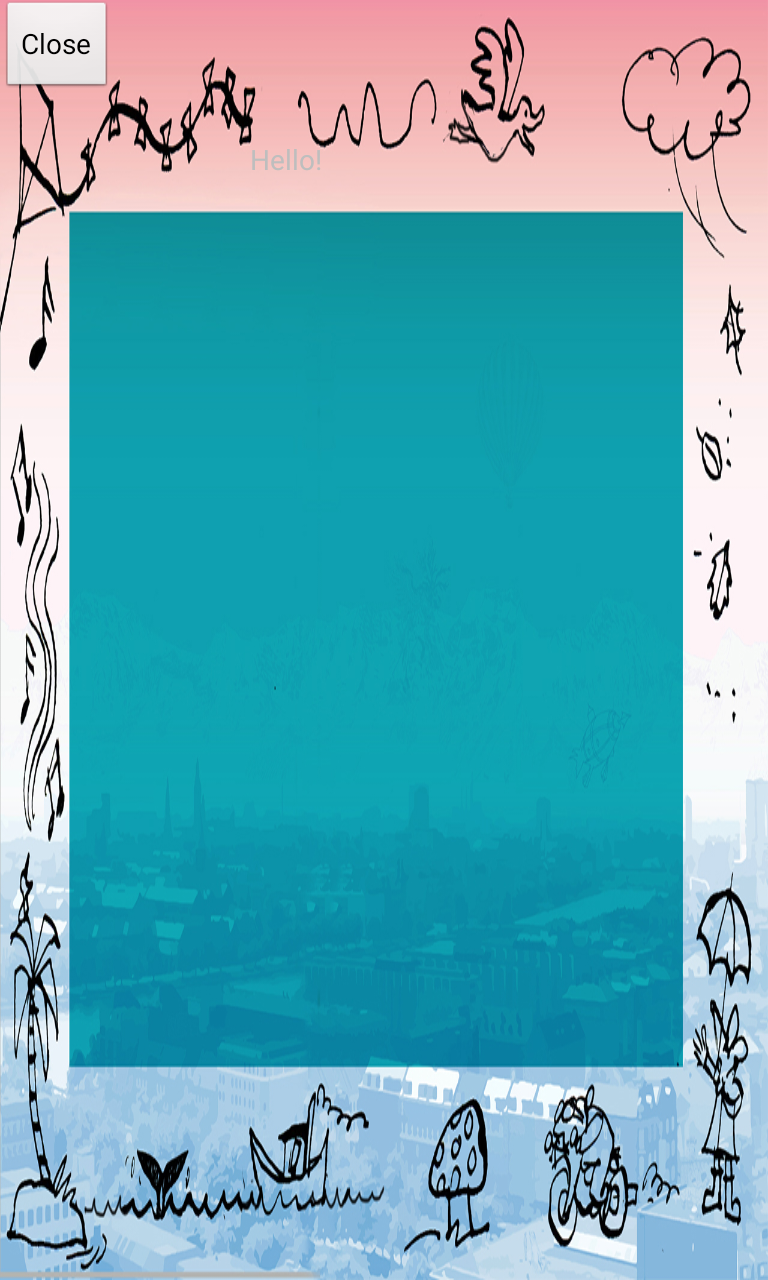
Repository: DreadMuffin/work
Layout: tablets/Historie/res/layout/popup3.xml
The author's editor kept a copy of each file at every save. The layout is drawn from the files as they stood at one save, then again after the next save.
It is drawn on a 768 x 1280 px phone screen (xhdpi) without system bars, with theme android:Theme.NoTitleBar; the app's code is not run.

Above is the layout before, as saved 2015-02-26 04:28:36.

After the next save:
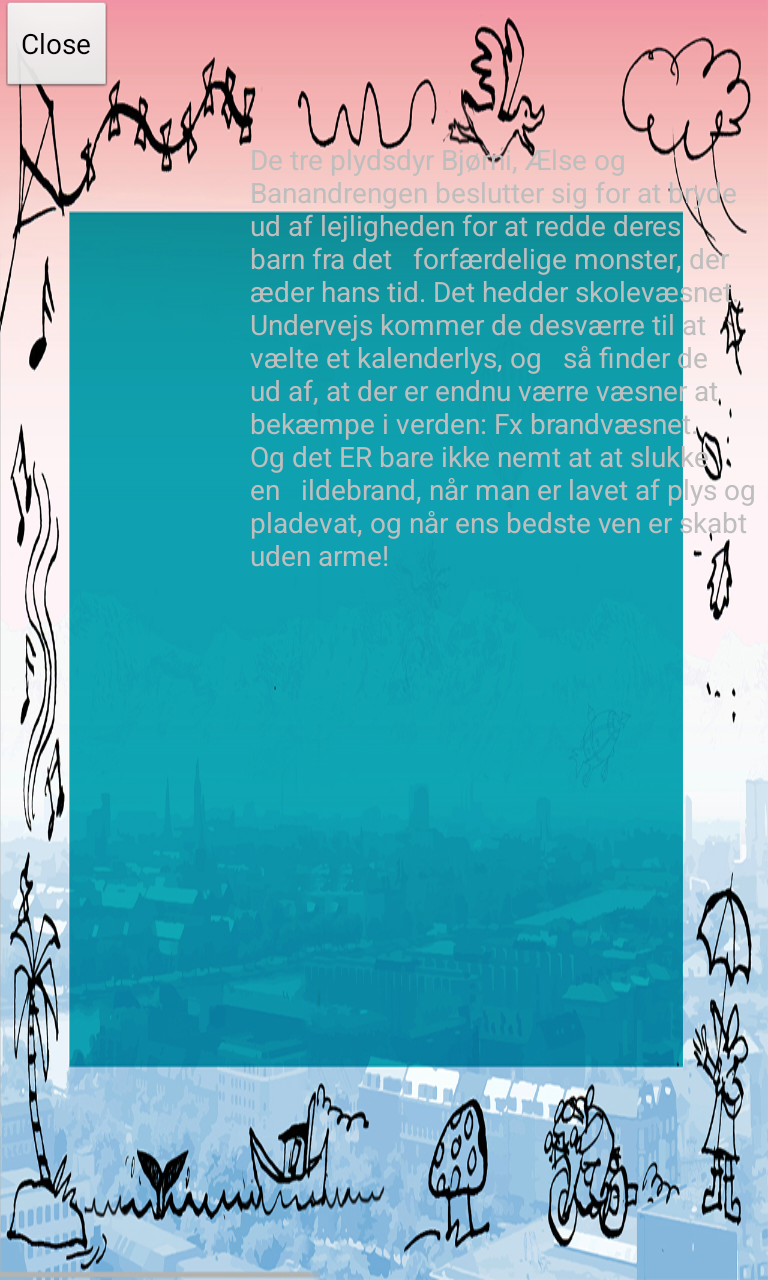
Saved 13 s later.
--- a/tablets/Historie/res/layout/popup3.xml
+++ b/tablets/Historie/res/layout/popup3.xml
@@ -19,6 +19,12 @@
 	    android:layout_height="500dp"
 	    android:layout_centerVertical="true"
 	    android:layout_marginLeft="125dp"
-	    android:text="Hello!" />
+	    android:text="De tre plydsdyr Bjørni, Ælse og Banandrengen beslutter sig for at bryde ud af lejligheden for at redde deres barn fra det
+
+forfærdelige monster, der æder hans tid. Det hedder skolevæsnet. Undervejs kommer de desværre til at vælte et kalenderlys, og
+
+så finder de ud af, at der er endnu værre væsner at bekæmpe i verden: Fx brandvæsnet. Og det ER bare ikke nemt at at slukke en
+
+ildebrand, når man er lavet af plys og pladevat, og når ens bedste ven er skabt uden arme!" />
 
 </RelativeLayout>
